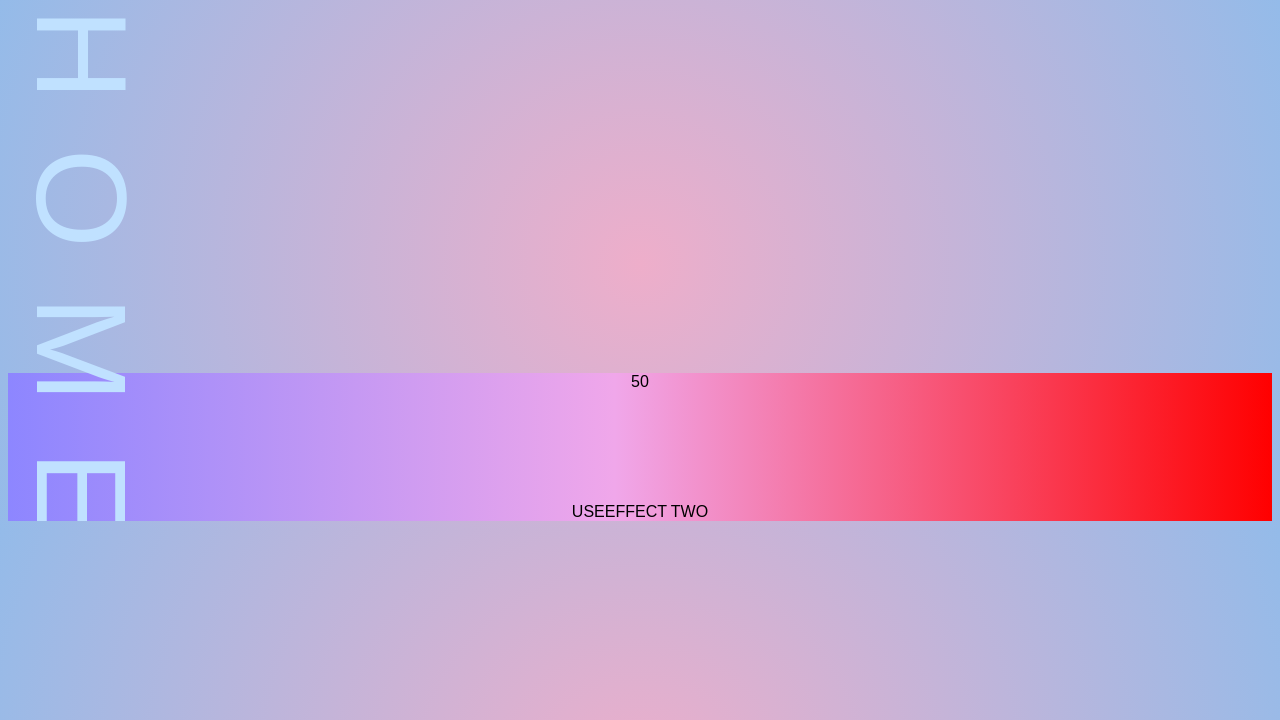
Repository: juliet-jskim/week-8-useEffect-carousel
Page: /useEffectTwo
An editor plug-in stored every save of this project. The page is shown before and after the next save, followed by the edit.
The browser window is 1280 px wide. The pictures show the whole page.
The project was rebuilt for these pictures with package versions that can differ from the ones it lists, and the page was loaded fresh each time. The framework's server and built-in components were replaced by stand-ins that run in the browser. Also part of the build but not shown: next.config.js.

Above is the page before, as saved 2023-02-20 23:02:18.

### pages/useEffectTwo.js
import Link from "next/link";
import { useState, useEffect } from "react";
import styles from "@/styles/UseEffectTwo.module.css"


export default function UseEffectTwo(){

    const[number, setNumber] = useState(0);

    useEffect(() => {
        console.log(number);
        setNumber(number + 50);
    }, [])

    return(
        <>
        <main className={styles.main_container}>
            <div className={styles.home_link}>
                <Link  style={{ textDecoration: 'none',  color: 'rgb(192, 225, 255)' }} href="/">Home</Link>
            </div>
            <div className={styles.use_effect_two}>
                <div>
                    UseEffect Two
                </div>
                <div>
                    {number}
                </div>
            </div>
        </main>


        </>
    )

}

### styles/globals.css
:root {
  /** add colors you want to add to all the pages here**/
  background: rgb(238,174,202);
  background: radial-gradient(circle, rgba(238,174,202,1) 0%, rgba(148,187,233,1) 100%);

}

### styles/UseEffectTwo.module.css

.main_container{
    background-repeat: no-repeat;
    overflow-y: hidden;
}

.home_link{
    font-size: 8rem;
    text-transform: uppercase;
    font-family: Arial, Helvetica, sans-serif;
    writing-mode: vertical-lr;
    letter-spacing: 3rem;
}

.use_effect_two{
    text-transform: uppercase;
    font-family: Arial, Helvetica, sans-serif;
    display: flex;
    flex-direction: column-reverse;
    justify-content: center;
    align-items: center;
    gap: 7rem;
    margin-top: -13.2rem;
    background: rgb(141,134,255);
    background: linear-gradient(90deg, rgba(141,134,255,1) 0%, rgba(240,167,234,1) 48%, rgba(255,0,0,1) 100%);
    z-index: -1;
}

Loaded but not shown: pages/_app.js (common file); pages/_document.js (common file)

After the next save:
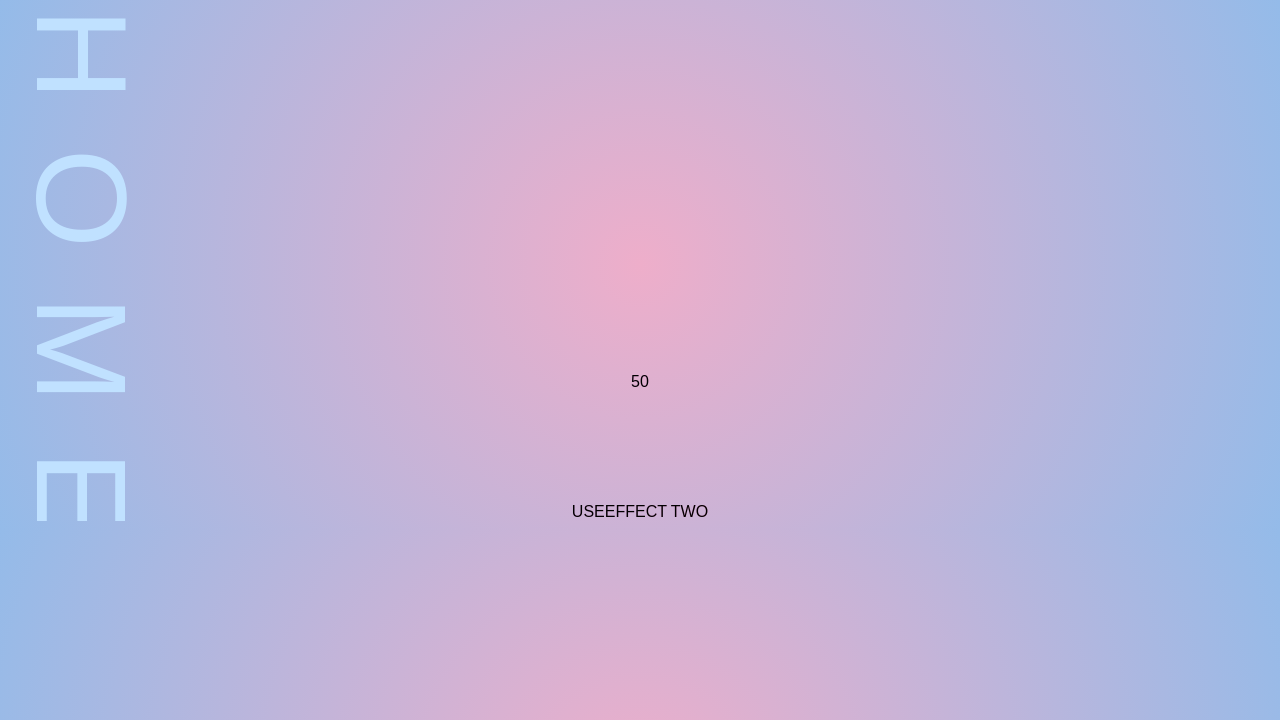
Saved 29 s later.
--- a/styles/UseEffectTwo.module.css
+++ b/styles/UseEffectTwo.module.css
@@ -24,4 +24,5 @@
     background: rgb(141,134,255);
     background: linear-gradient(90deg, rgba(141,134,255,1) 0%, rgba(240,167,234,1) 48%, rgba(255,0,0,1) 100%);
     z-index: -1;
+    -webkit-background-clip: text;
 }
